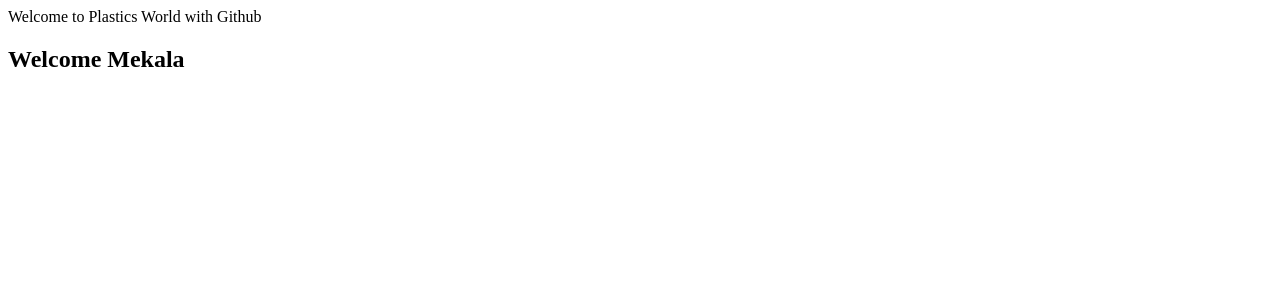
Repository: saravananmythili/plasticsworld
Page: indexplastics.html
An editor plug-in stored every save of this project. The page is shown before and after a run of saves, followed by the edit.
The browser window is 1280 px wide. The pictures show the whole page.

Above is the page before, as saved 2023-09-08 17:03:28.

After the next 2 saves:
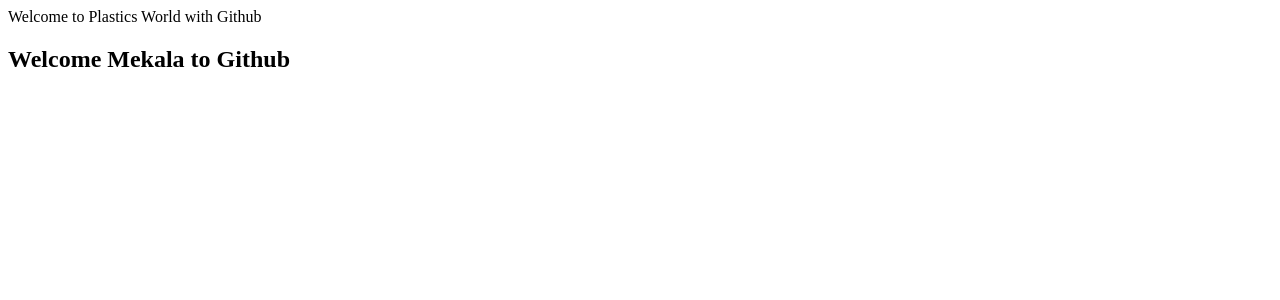
The 2 saves are shown as one change because they came seconds apart.
The last was saved 7 s later.
--- a/indexplastics.html
+++ b/indexplastics.html
@@ -1,2 +1,2 @@
 <h> Welcome to Plastics World with Github</h>
-<h2>Welcome Mekala </h2>
+<h2>Welcome Mekala to Github</h2>
